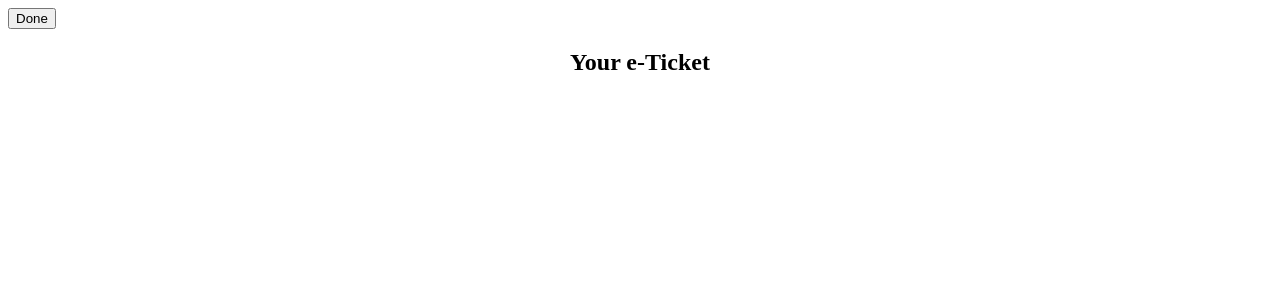
Repository: harshadrane89/CMPE273-WebService-AirlineManagement
Page: http://localhost/AirlineManagementSystemClient/TwitterGUI/Ticket.jsp
These files come from the project's save history. The page is drawn as it stood at one moment and after the next save; the edit follows.
The browser window is 1280 px wide. The pictures show the whole page.
The page is served by Tomcat 9.

Above is the page before, as saved 2013-12-08 22:41:07.

After the next save:
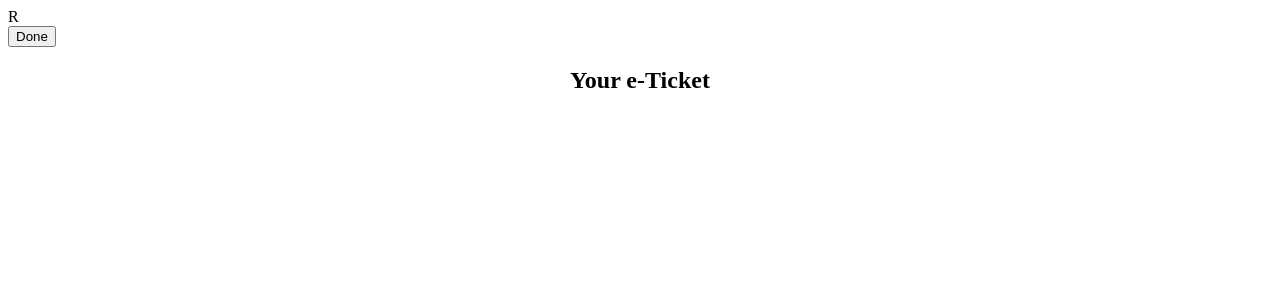
Saved 22 min 24 s later.
--- a/273_Project_Tomcat/AirlineManagementSystemClient/WebContent/TwitterGUI/Ticket.jsp
+++ b/273_Project_Tomcat/AirlineManagementSystemClient/WebContent/TwitterGUI/Ticket.jsp
@@ -1,4 +1,4 @@
-<%@page import="com.airlinemgmt.beans.Traveller"%>
+R<%@page import="com.airlinemgmt.beans.Traveller"%>
 <%@page import="com.airlinemgmt.beans.Reservation"%>
 <%@ page language="java" contentType="text/html; charset=ISO-8859-1"
 	pageEncoding="ISO-8859-1"%>
